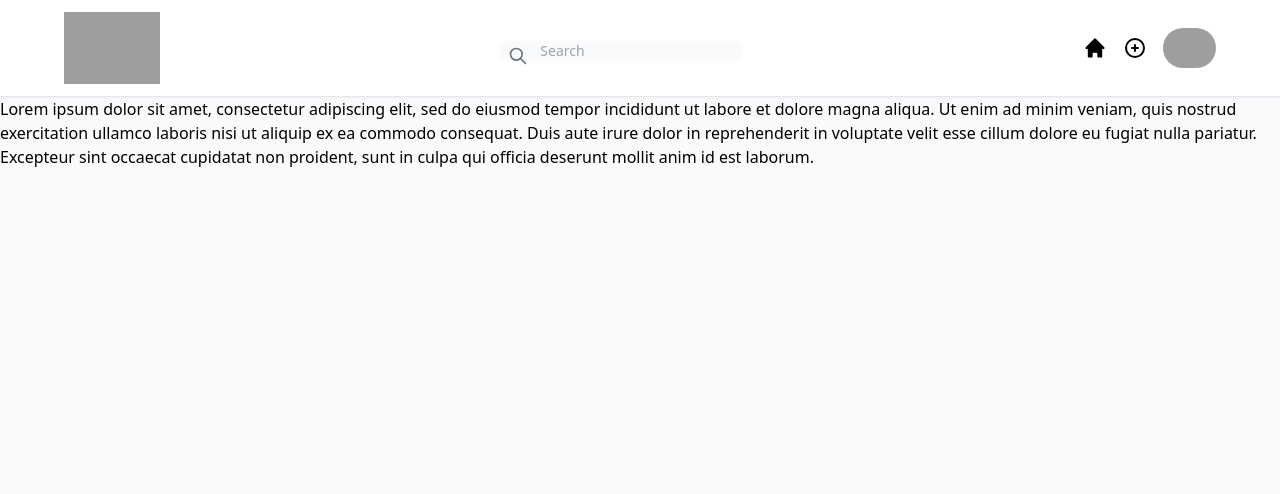
Repository: Mardoqueu/insta-v1
Page: /
An editor plug-in stored every save of this project. The page is shown before and after the next save, followed by the edit.
The browser window is 1280 px wide. The pictures show the whole page.
Pictures or frames that could not be fetched are drawn as grey boxes. The project was rebuilt for these pictures with package versions that can differ from the ones it lists, and the page was loaded fresh each time. The framework's server and built-in components were replaced by stand-ins that run in the browser. Also part of the build but not shown: next.config.js, styles/Home.module.css.

Above is the page before, as saved 2022-08-25 11:12:34.

After the next save:
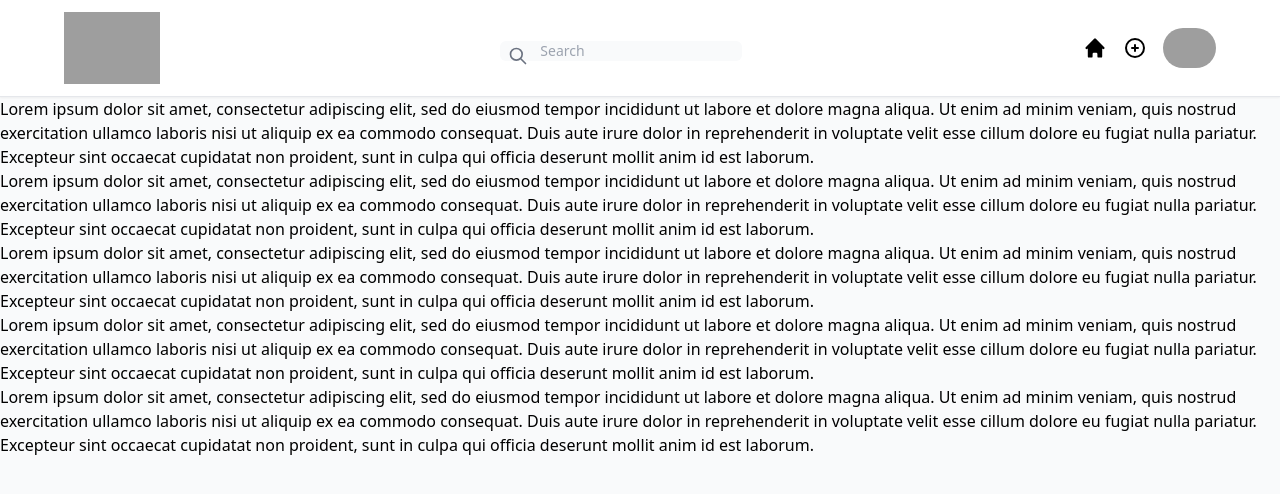
Saved 68 s later.
--- a/pages/index.js
+++ b/pages/index.js
@@ -15,6 +15,11 @@
 
     {/*Feed*/}
     <p>Lorem ipsum dolor sit amet, consectetur adipiscing elit, sed do eiusmod tempor incididunt ut labore et dolore magna aliqua. Ut enim ad minim veniam, quis nostrud exercitation ullamco laboris nisi ut aliquip ex ea commodo consequat. Duis aute irure dolor in reprehenderit in voluptate velit esse cillum dolore eu fugiat nulla pariatur. Excepteur sint occaecat cupidatat non proident, sunt in culpa qui officia deserunt mollit anim id est laborum.</p>
+    <p>Lorem ipsum dolor sit amet, consectetur adipiscing elit, sed do eiusmod tempor incididunt ut labore et dolore magna aliqua. Ut enim ad minim veniam, quis nostrud exercitation ullamco laboris nisi ut aliquip ex ea commodo consequat. Duis aute irure dolor in reprehenderit in voluptate velit esse cillum dolore eu fugiat nulla pariatur. Excepteur sint occaecat cupidatat non proident, sunt in culpa qui officia deserunt mollit anim id est laborum.</p>
+    <p>Lorem ipsum dolor sit amet, consectetur adipiscing elit, sed do eiusmod tempor incididunt ut labore et dolore magna aliqua. Ut enim ad minim veniam, quis nostrud exercitation ullamco laboris nisi ut aliquip ex ea commodo consequat. Duis aute irure dolor in reprehenderit in voluptate velit esse cillum dolore eu fugiat nulla pariatur. Excepteur sint occaecat cupidatat non proident, sunt in culpa qui officia deserunt mollit anim id est laborum.</p>
+    <p>Lorem ipsum dolor sit amet, consectetur adipiscing elit, sed do eiusmod tempor incididunt ut labore et dolore magna aliqua. Ut enim ad minim veniam, quis nostrud exercitation ullamco laboris nisi ut aliquip ex ea commodo consequat. Duis aute irure dolor in reprehenderit in voluptate velit esse cillum dolore eu fugiat nulla pariatur. Excepteur sint occaecat cupidatat non proident, sunt in culpa qui officia deserunt mollit anim id est laborum.</p>
+    <p>Lorem ipsum dolor sit amet, consectetur adipiscing elit, sed do eiusmod tempor incididunt ut labore et dolore magna aliqua. Ut enim ad minim veniam, quis nostrud exercitation ullamco laboris nisi ut aliquip ex ea commodo consequat. Duis aute irure dolor in reprehenderit in voluptate velit esse cillum dolore eu fugiat nulla pariatur. Excepteur sint occaecat cupidatat non proident, sunt in culpa qui officia deserunt mollit anim id est laborum.</p>
+
     {/*Modal*/}
 
     </div>
